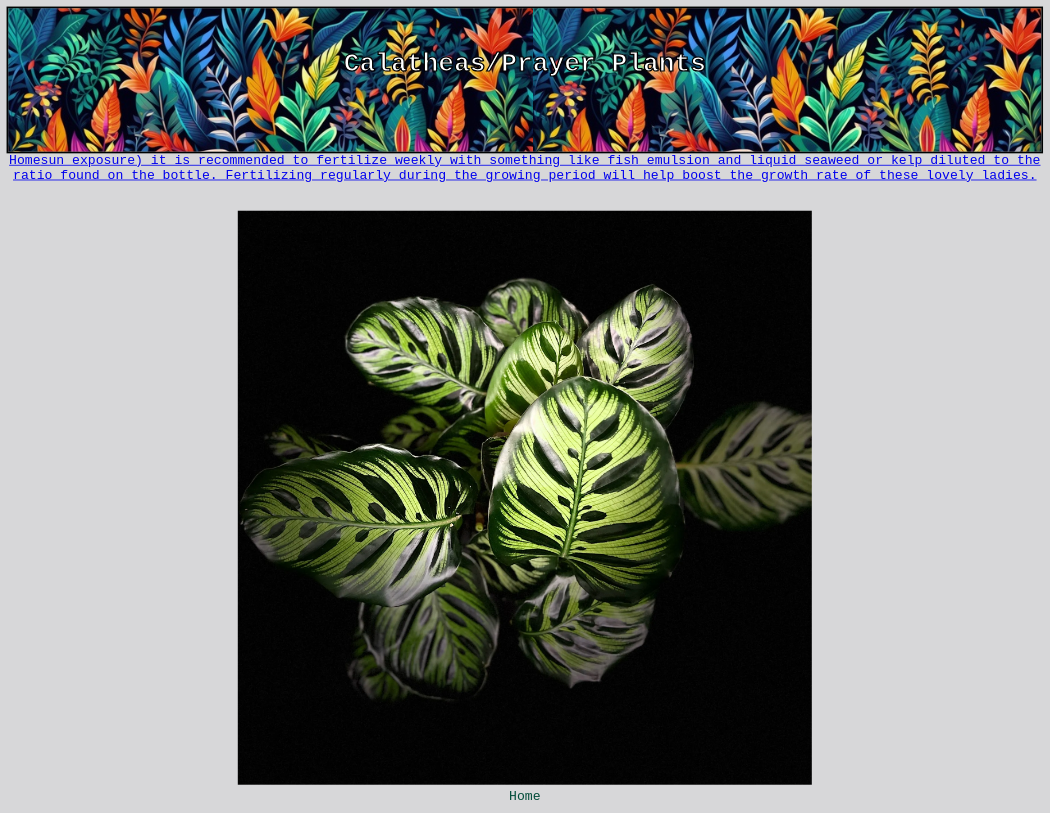
Repository: swillis91/odin-recipies
Page: Planty Page/calatheas.html
An editor plug-in stored every save of this project. The page is shown before and after the next save, followed by the edit.
The browser window is 1280 px wide. The pictures show the whole page, at 82% of full size.

Above is the page before, as saved 2023-08-14 23:25:49.

### Planty Page/calatheas.html
<!DOCTYPE html>
    <html>
        <head>
            <title>Calatheas</title>
            <link href="style.css" rel="stylesheet"
        </head>
        <body>
            <h1 class="heading"><b>Calatheas/Prayer Plants</b></h1>
            <Nav><a href='./index'>Home</a><a href='</Nav>
            <div class="box">
              <p>Plants with a personality.</p>
            </div>
            <div class="box">
                <h2 class="species">Calathea/Prayer Plant Care</h2>
            </div>
            <div class="box">
              <p class="care">Calatheas are a rather finicky plant, and not recommended for beginner plant parents.But, if you are new and want to take the leap on owning a Calathea, here are some tips.
                <br>
                Calatheas love to be in bright indirect light (meaning out of direct sunlight). The best way to gauge their lighting is by holding your hand above the plant. If you see a slightly defined shadow cast on the plant by your hand, that is the sweet spot. If the shadow is well defined, that may be too much light for the plant and the leaves may burn.
                <br><br>
                Calatheas love to have consistantly moist soil at all times. The best time to water them is if the soil is dry about 1-2 inches deep. This can be gauged by sticking your finger in the soil to the second knuckle. If no moisture is felt, it is definitely time for a watering. Calatheas are picky about the type of water they like. The best water for these plants contains <em>no</em> chlorine, as this will cause browning on the leaves. Filtered, reverse osmosis, and distilled water would be best for your waterings.
                <br><br>
                During the growing period that begins in spring and ends in fall (unless you use a grow light to extend it's <i>sun</i> exposure) it is recommended to fertilize weekly with something like fish emulsion and liquid seaweed or kelp diluted to the ratio found on the bottle. Fertilizing regularly during the growing period will help boost the growth rate of these lovely ladies.</p>
            </div>
            <br>
                <img src="./Images/makoyana.webp" id="calathea makoyana" width="700px">
            <footer>
                <nav>
                    <a href="./index.html" class="navigation">Home</a>

                </nav>
            </footer>
        </body>
    </html>

### Planty Page/style.css
body{
    background-color: rgb(215, 215, 217);
    color:rgb(8, 39, 85);
    text-align: center;
    font-family: 'Permanent Marker', cursive;
    font-family: 'Space Mono', monospace;
}

.heading{
    color: rgb(0, 0, 0);
    -webkit-text-fill-color: rgb(255, 255, 255);
    -webkit-text-stroke-width: 1.5px;
    -webkit-text-stroke-color: rgb(0, 0, 0);
    text-transform: capitalize;
    border: 2px solid rgb(0, 3, 3);
    background-image: url('Images/banner.jpg');
    height: 75px;
    margin: 0 auto;
    padding:50px 20px;

}

div.box{
    border:2px solid black;
    display: flex;
    margin-left: auto;
    flex-direction:column;
    align-content: center;
}

#calathea-makoyana{
    width: 500px;
    Height: auto:
}

.navigation{
    color:rgb(1, 75, 56);
    text-decoration: none;
}

a:hover{
    color: rgb(20, 220, 2);
    background-color: rgb(5, 55, 1);
}

After the next save:
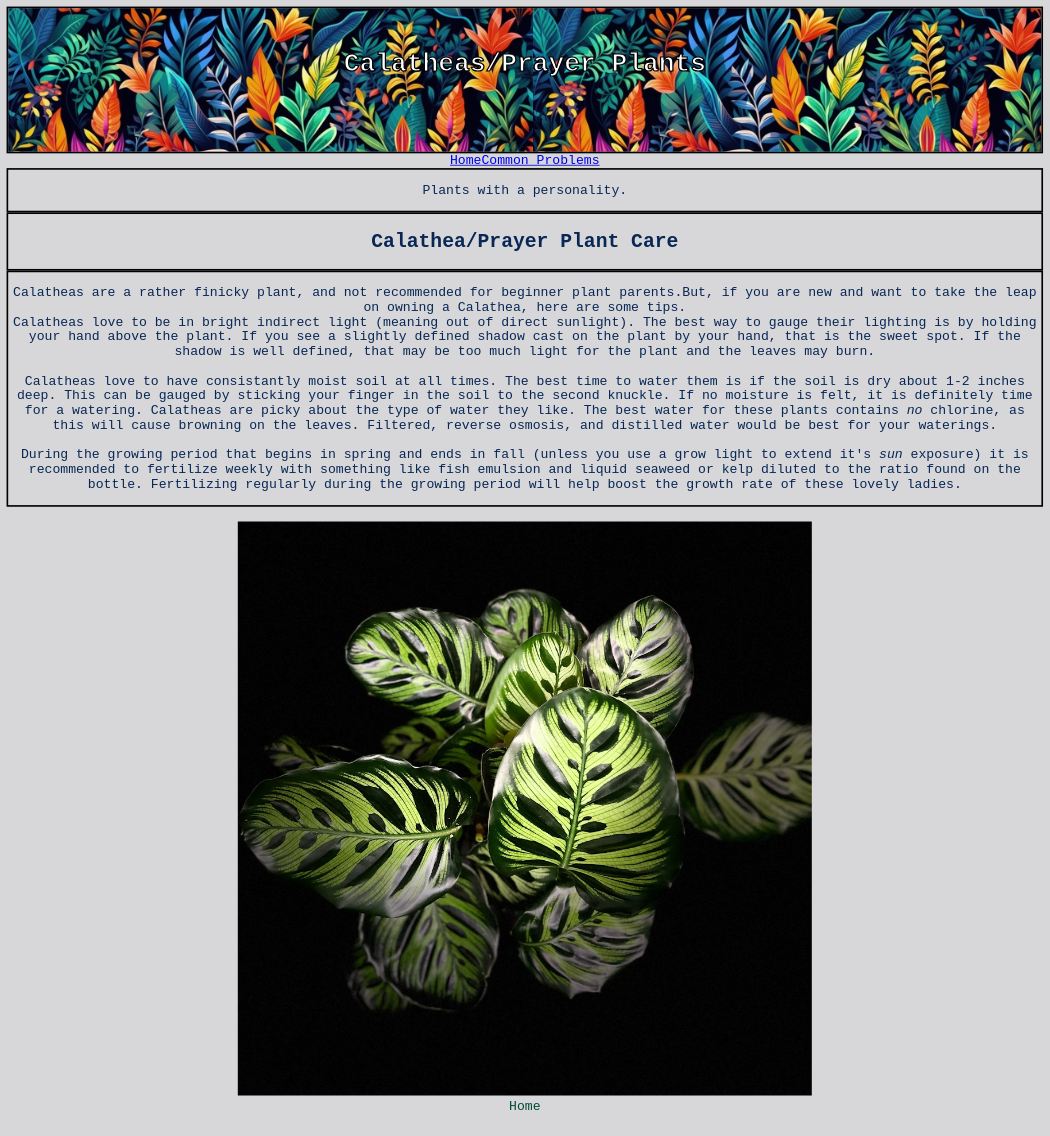
Saved 23 s later.
--- a/Planty Page/calatheas.html
+++ b/Planty Page/calatheas.html
@@ -6,7 +6,7 @@
         </head>
         <body>
             <h1 class="heading"><b>Calatheas/Prayer Plants</b></h1>
-            <Nav><a href='./index'>Home</a><a href='</Nav>
+            <Nav><a href='./index'>Home</a><a href='./problems'>Common Problems</a></Nav>
             <div class="box">
               <p>Plants with a personality.</p>
             </div>
